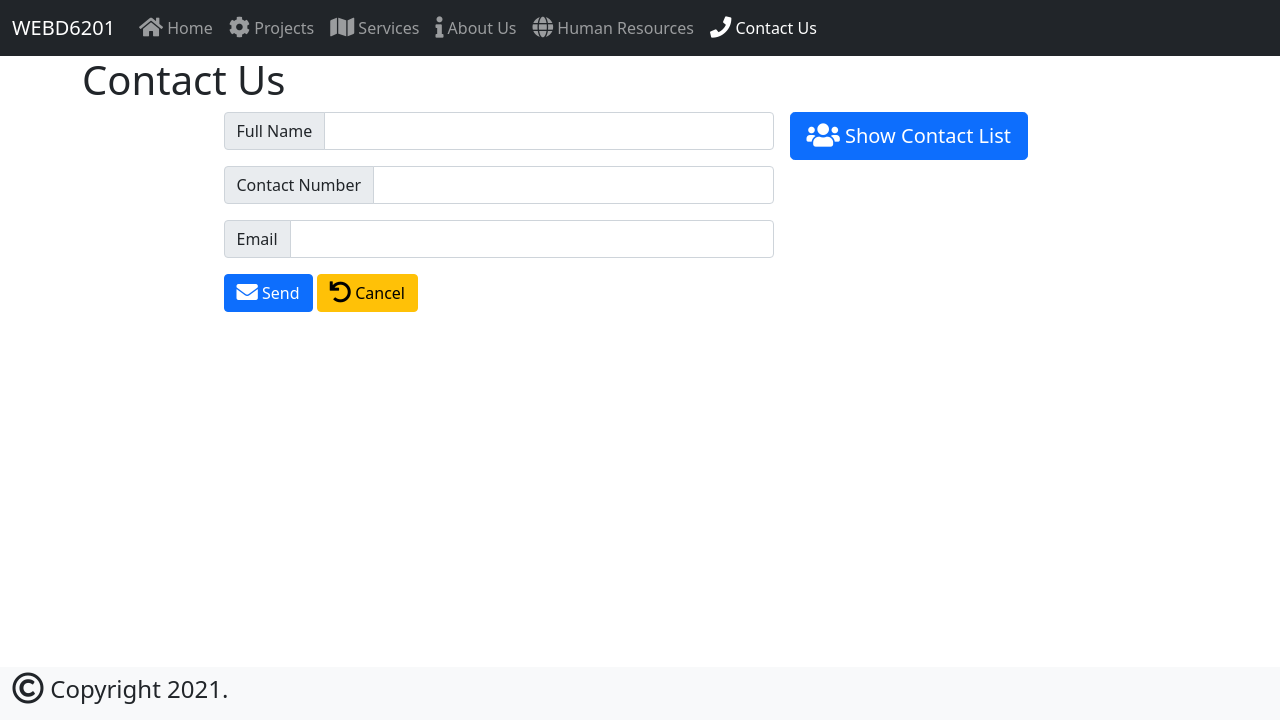
Repository: YiuWingLau/WEBD6201-W2021-Lab1
Page: contact.html
These files come from the project's save history. The page is drawn as it stood at one moment and after the next save; the edit follows.
The browser window is 1280 px wide. The pictures show the whole page.

Above is the page before, as saved 2021-02-04 00:57:13.

After the next save:
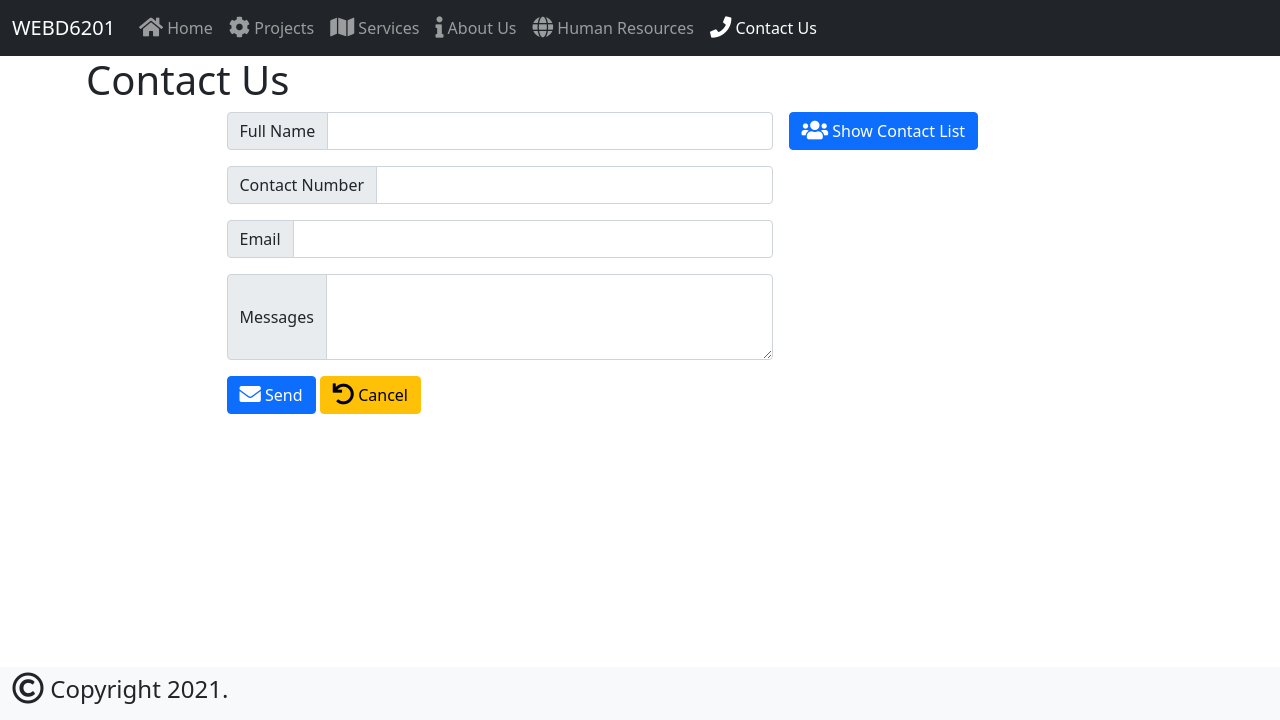
Saved 8 min 5 s later.
--- a/contact.html
+++ b/contact.html
@@ -50,12 +50,13 @@
   </header>
 
   <!-- Main Content -->
-  <main class="container">
+  <main class="container justify-content-lg-center g-3">
     <h1>Contact Us</h1>
-    <div id="messageArea"></div>
+    <!--div id="messageArea"></div-->
 
     <div class="row justify-content-lg-center g-3">
       <form class="col-lg-6 col-md-10 col-sm-10">
+        <div id="messageArea"></div>
 
         <div class="input-group mb-3">
           <span class="input-group-text" id="inputGroup-sizing-default">Full Name </span>
@@ -75,12 +76,18 @@
           name="emailAddress" required>
         </div>
 
+        <div class="input-group mb-3">
+          <span class="input-group-text" id="inputGroup-sizing-default">Messages</span>
+          <textarea id="messages" type="text" class="form-control" aria-label="Messages" rows="3" aria-describedby="Messages Textarea"
+          name="messages"></textarea>
+        </div>
+
         <button id="sendButton" type="submit" class="btn btn-primary"><i class="fas fa-envelope fa-lg"></i> Send</button>
         <button id="cancelButton" type="reset" class="btn btn-warning"><i class="fas fa-undo fa-lg"></i> Cancel</button>
       </form>
 
       <div class="col-lg-3 col-md-3">
-        <a href="contact-list.html" class="btn btn-primary btn-lg"><i class="fas fa-users fa-lg"></i> Show Contact List</a>
+        <a href="contact-list.html" class="btn btn-primary btn-md"><i class="fas fa-users fa-lg"></i> Show Contact List</a>
       </div>
     </div>
   </main>
